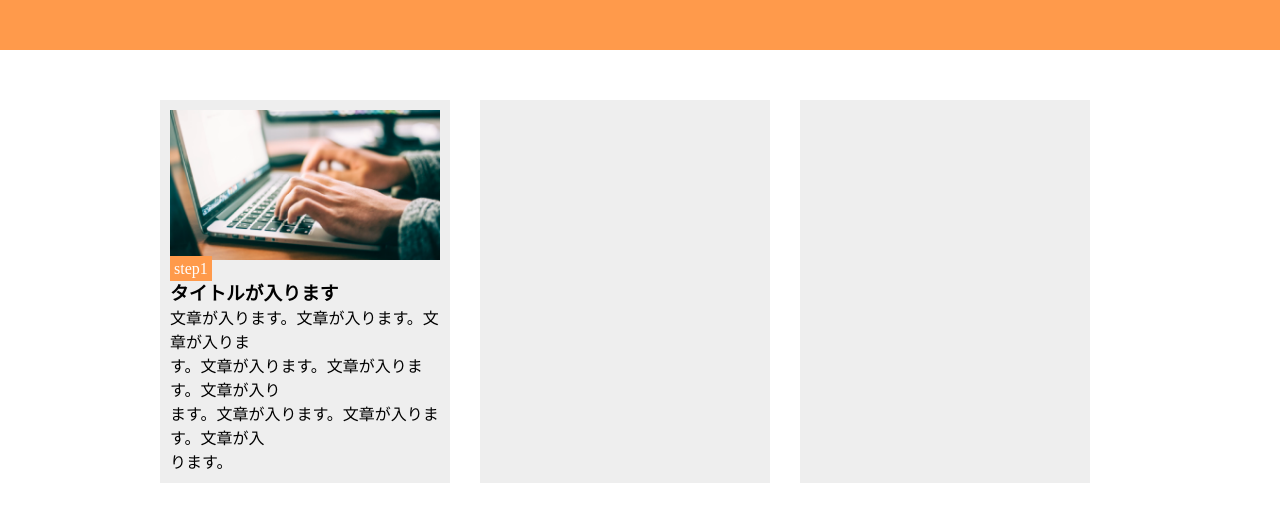
Repository: Souax/prac_20231021
Page: Chapter9/9.html
The author's editor kept a record of every edit. The page is drawn from the files as they stood at one moment, then again after the next edit.
The browser window is 1280 px wide. The pictures show the whole page.

Above is the page before.

### Chapter9/9.html
<!DOCTYPE html>
<html lang="ja">
  <head>
    <meta charset="UTF-8">
    <link rel="stylesheet" href="9.css">
    <title>9章</title>
  </head>
  <body>
    <div class="header"></div>
    <main>
      <div class="box">
        <div class="box1-img"></div>
        <span class="num">step1</span>
        <h3 class="title">タイトルが入ります</h3>
        <p class="text">文章が入ります。文章が入ります。文章が入りま<br>
        す。文章が入ります。文章が入ります。文章が入り<br>
        ます。文章が入ります。文章が入ります。文章が入<br>
        ります。</p>
        </div>
      <div class="box"></div>
      <div class="box"></div>
    </main>
    <footer></footer>
  </body>
  </html>

### Chapter9/9.css
*{
  margin:0;
  padding:0;
  box-sizing:border-box;
}

.header{
  height:50px;
  background-color:#FF9A4B;
}

main{
  width:960px;
  margin:50px auto;
  display:flex;
}

.box{
  width:300px;
  margin-right:30px;
  padding:10px;
  background-color:#EEEEEE;
}

.num{
  padding:4px;
  background-color:#FF9A4B;
  color:#fff;
}

.box1-img{
  height:150px;
  background-image:url(img/flow01.png);
  background-size:cover;
  background-position:bottom;
}

After the next edit:
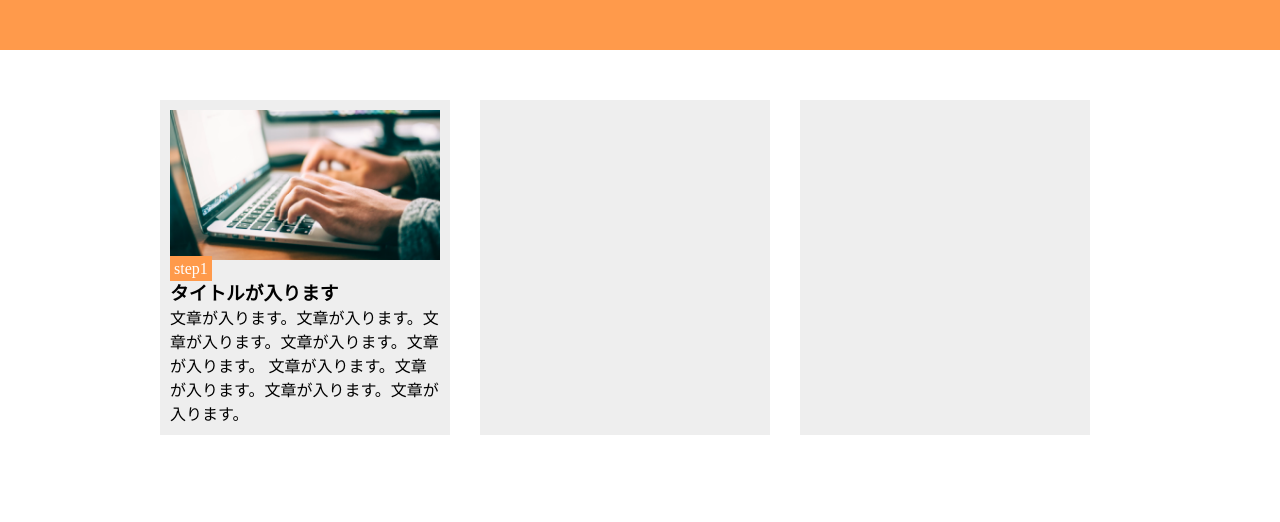
The edit:
--- a/Chapter9/9.html
+++ b/Chapter9/9.html
@@ -12,10 +12,8 @@
         <div class="box1-img"></div>
         <span class="num">step1</span>
         <h3 class="title">タイトルが入ります</h3>
-        <p class="text">文章が入ります。文章が入ります。文章が入りま<br>
-        す。文章が入ります。文章が入ります。文章が入り<br>
-        ます。文章が入ります。文章が入ります。文章が入<br>
-        ります。</p>
+        <p class="text">文章が入ります。文章が入ります。文章が入ります。文章が入ります。文章が入ります。
+        文章が入ります。文章が入ります。文章が入ります。文章が入ります。</p>
         </div>
       <div class="box"></div>
       <div class="box"></div>
